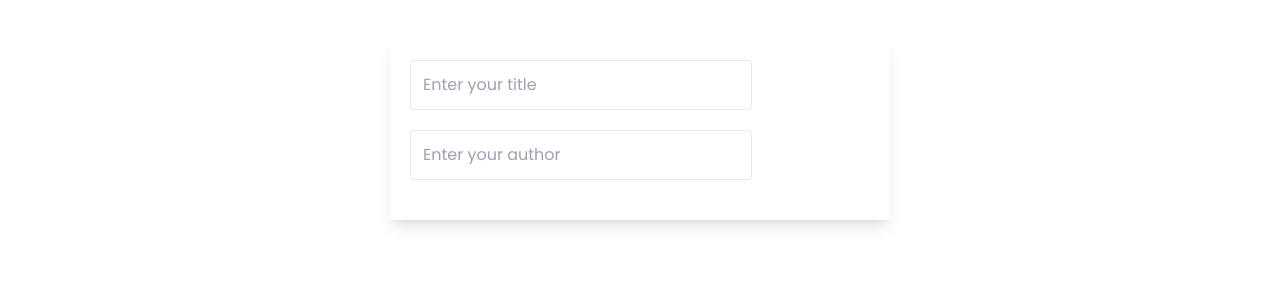
Repository: ThanhPhongsof/React-Course
Page: /
These files come from the project's save history. The page is drawn as it stood at one moment and after the next save; the edit follows.
The browser window is 1280 px wide. The pictures show the whole page.
The page's requests for data from a server got no answer. The project was rebuilt for these pictures with package versions that can differ from the ones it lists, and the page was loaded fresh each time. No one was signed in, and anything a server would have sent is missing.

Above is the page before, as saved 2022-04-27 16:58:11.

After the next save:
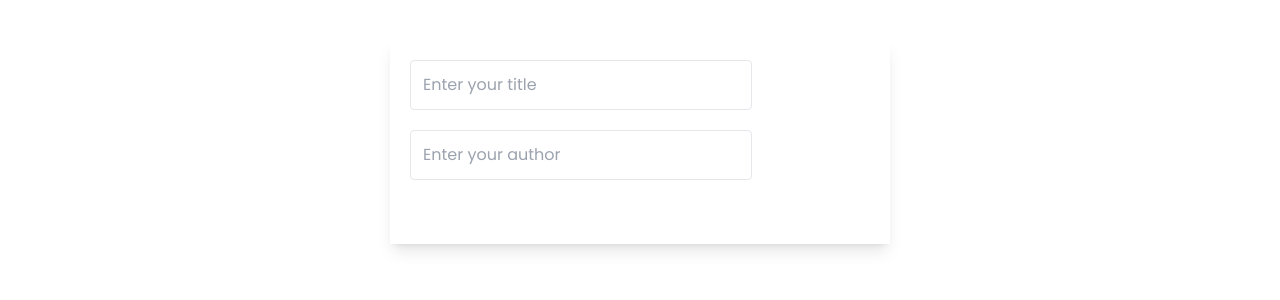
Saved 22 s later.
--- a/src/firebase/FirebaseApp.js
+++ b/src/firebase/FirebaseApp.js
@@ -43,6 +43,7 @@ const FirebaseApp = () => {
               placeholder="Enter your author"
             />
           </div>
+          <button type="submit"></button>
         </form>
       </div>
     </div>
